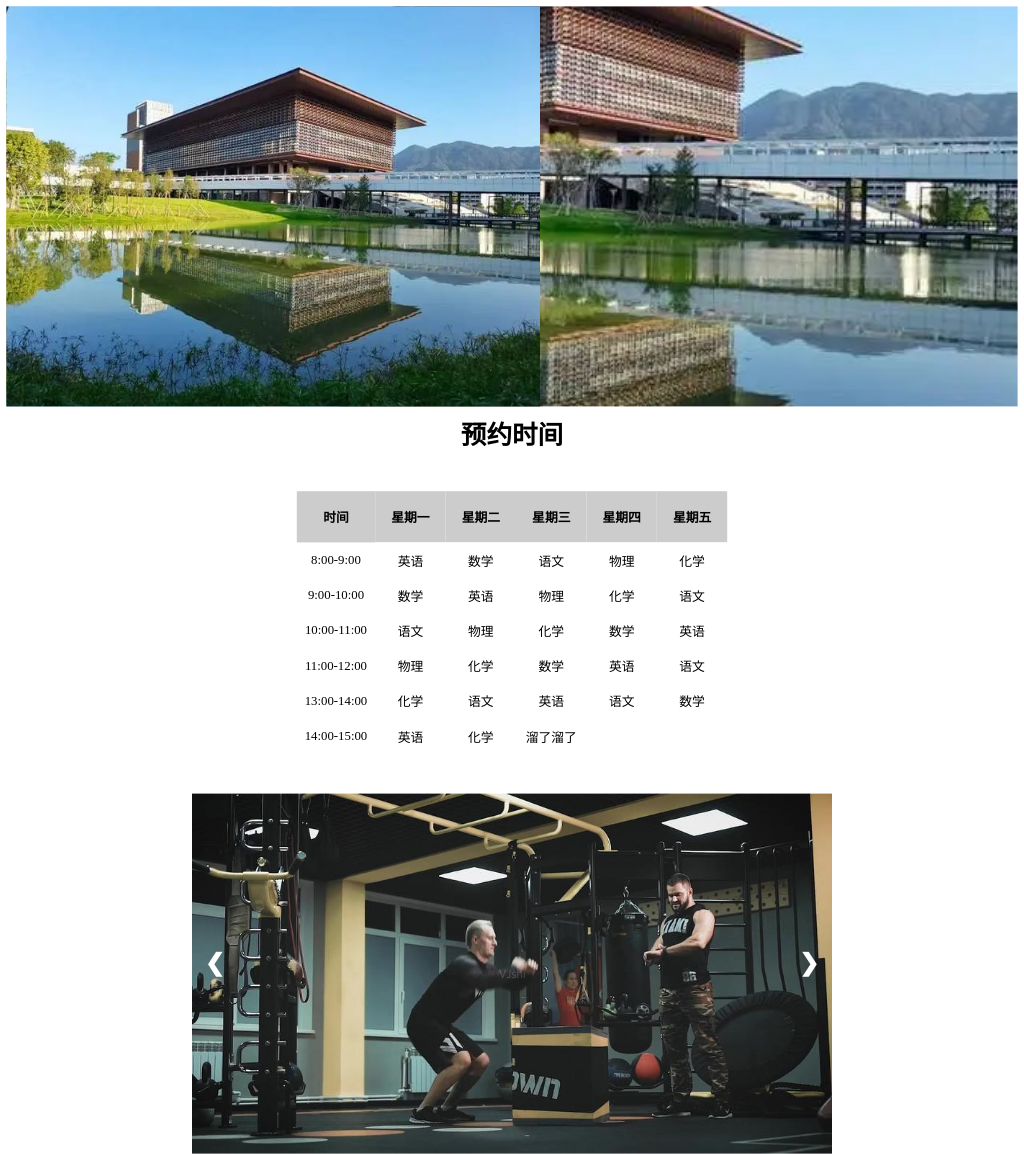
Repository: wupeng6666/Sports-Hall-Booking-System
Page: LearingDjango/app01/templates/yuyue.html
These files come from the project's save history. The page is drawn as it stood at one moment and after a run of saves; the edit follows.
The browser window is 1280 px wide. The pictures show the whole page, at 80% of full size.
Backgrounds fixed to the window are drawn as part of the page. The template is drawn by Django 4.2. The application's start-up code is not run. The template is opened directly, without the code that normally fills it, so the values that code supplies are empty.

Above is the page before, as saved 2023-06-07 14:07:03.

After the next 5 saves:
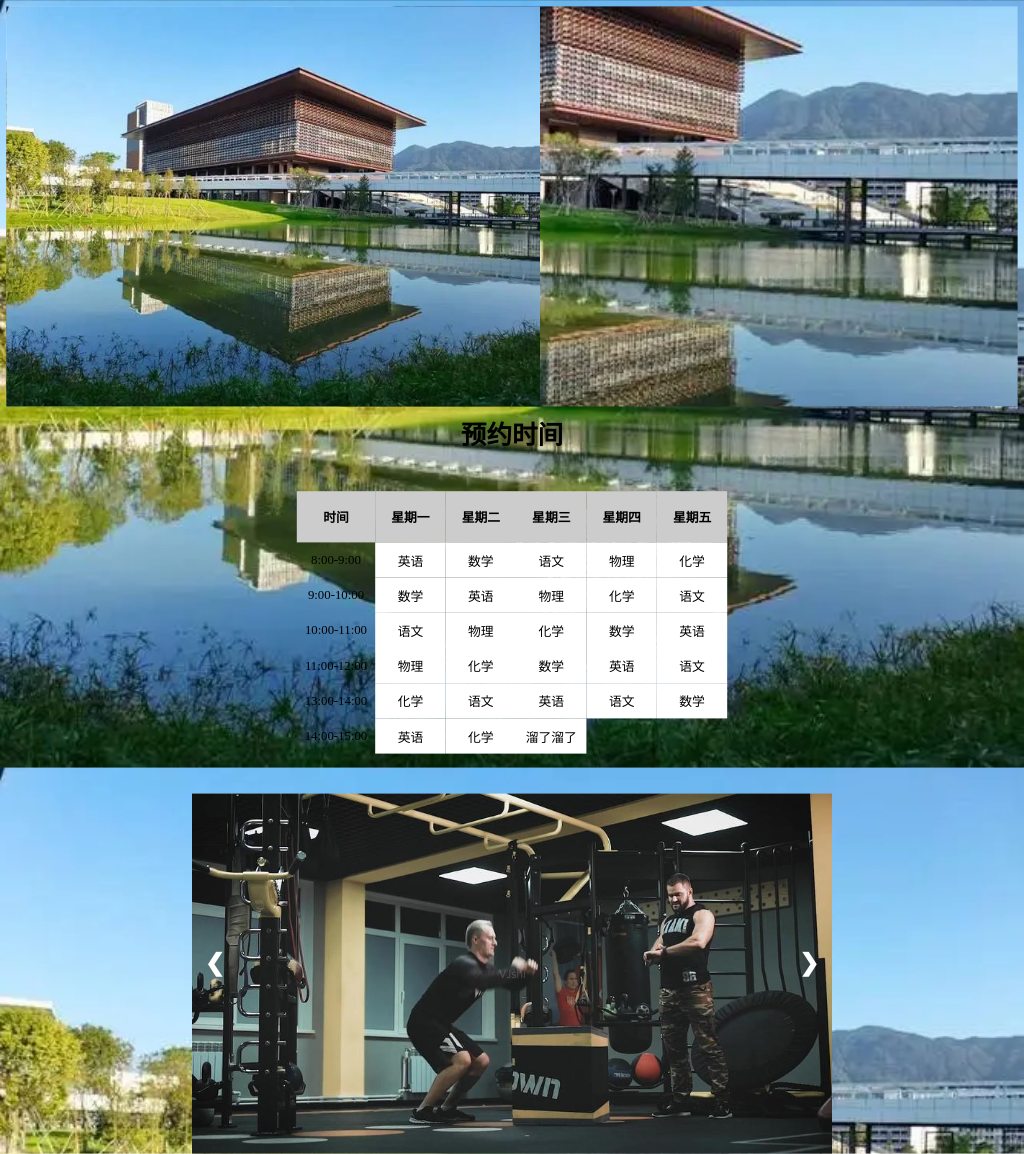
The 5 saves are shown as one change because they came seconds apart.
The last was saved 16 s later.
--- a/LearingDjango/app01/templates/yuyue.html
+++ b/LearingDjango/app01/templates/yuyue.html
@@ -10,6 +10,14 @@
     {% load static %}
 </head>
 <style>
+    body{
+        background: url("{% static '../static/img/beijing.webp' %}") no-repeat center center fixed;
+        -webkit-background-size: cover;
+        -moz-background-size: cover;
+        -o-background-size: cover;
+        background-size: cover;
+        opacity: 1;
+    }
     h1 {
         text-align: center;
         margin-top: 10px;
